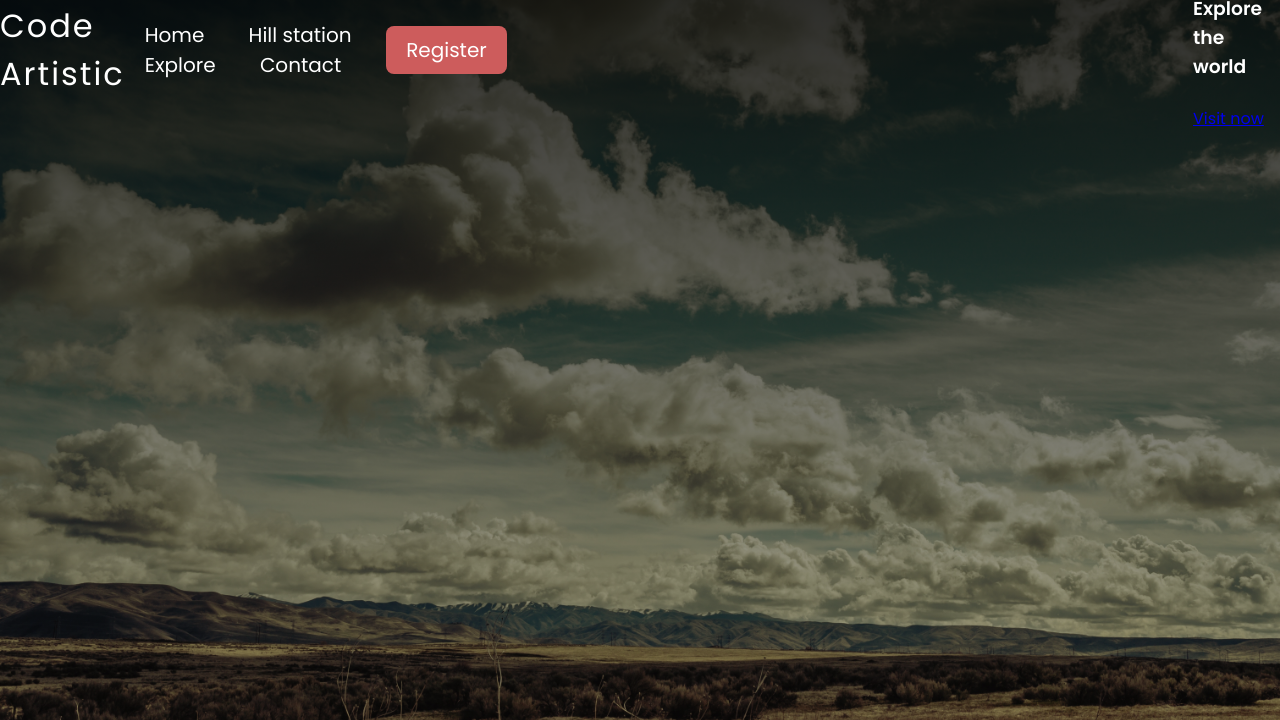
Repository: Ruxmary7/energy
Page: starter/index.html
These files come from the project's save history. The page is drawn as it stood at one moment and after a run of saves; the edit follows.
The browser window is 1280 px wide. The pictures show the whole page.

Above is the page before, as saved 2025-01-10 22:10:37.

After the next 4 saves:
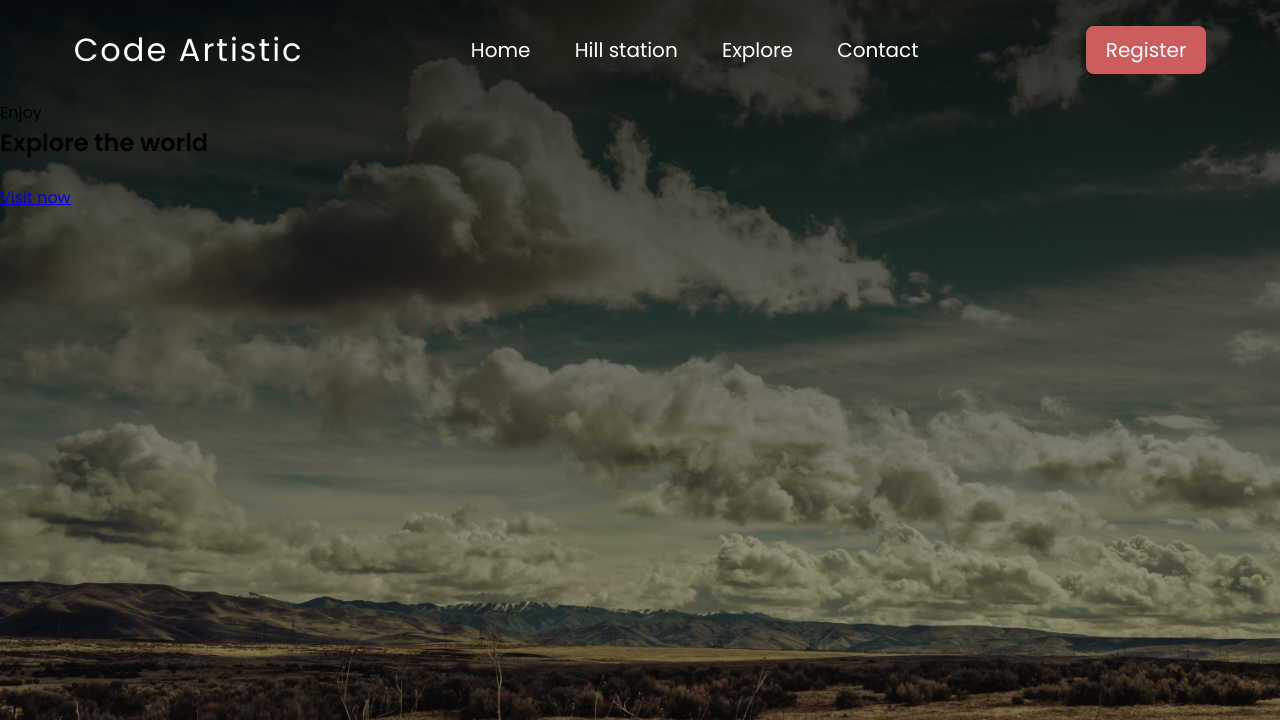
The 4 saves are shown as one change because they came seconds apart.
The last was saved 25 s later.
--- a/starter/index.html
+++ b/starter/index.html
@@ -22,8 +22,10 @@ Code Artistic
 <div class="register">
     <a href="#">Register</a>
 </div>
-<nav></nav>
-<section><span>Enjoy</span>
+</nav>
+
+<section>
+    <span>Enjoy</span>
 <h1>Explore the world</h1>
 <br>
 <a href="#">Visit now</a>
